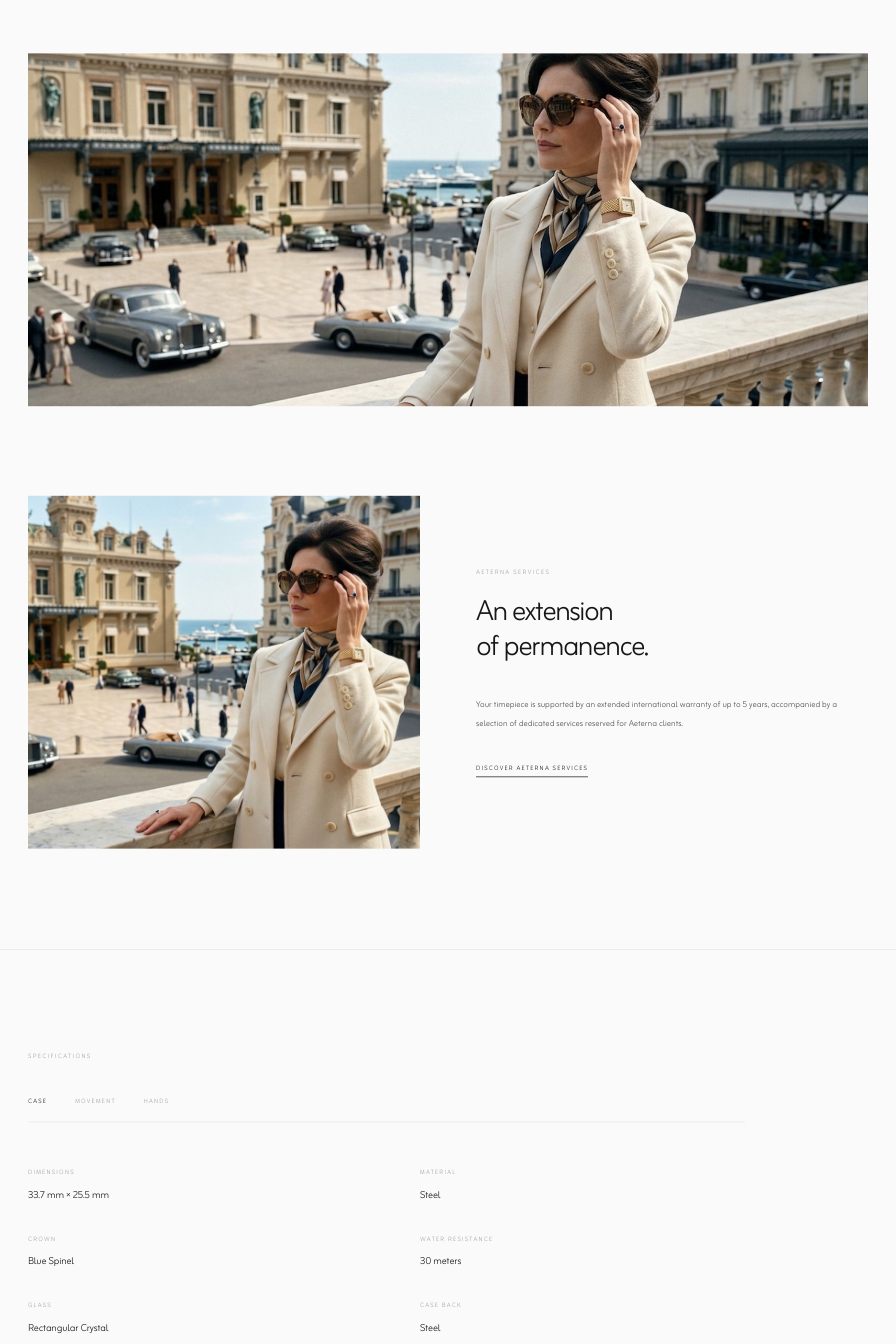
Repository: Lucienne-Studio/aeterna
Page: /pr
These files come from the project's save history. The page is drawn as it stood at one moment and after the next save; the edit follows.
The browser window is 1280 px wide. The pictures show the part of the page from y = 2255 to 4175 px (the page is 5309 px tall), at 70% of full size.
The project was rebuilt for these pictures with package versions that can differ from the ones it lists, and the page was loaded fresh each time. The framework's server and built-in components were replaced by stand-ins that run in the browser. Also part of the build but not shown: next.config.js, components/ui/Lightbox.tsx.

Above is the page before, as saved 2026-05-24 17:35:02.

After the next save:
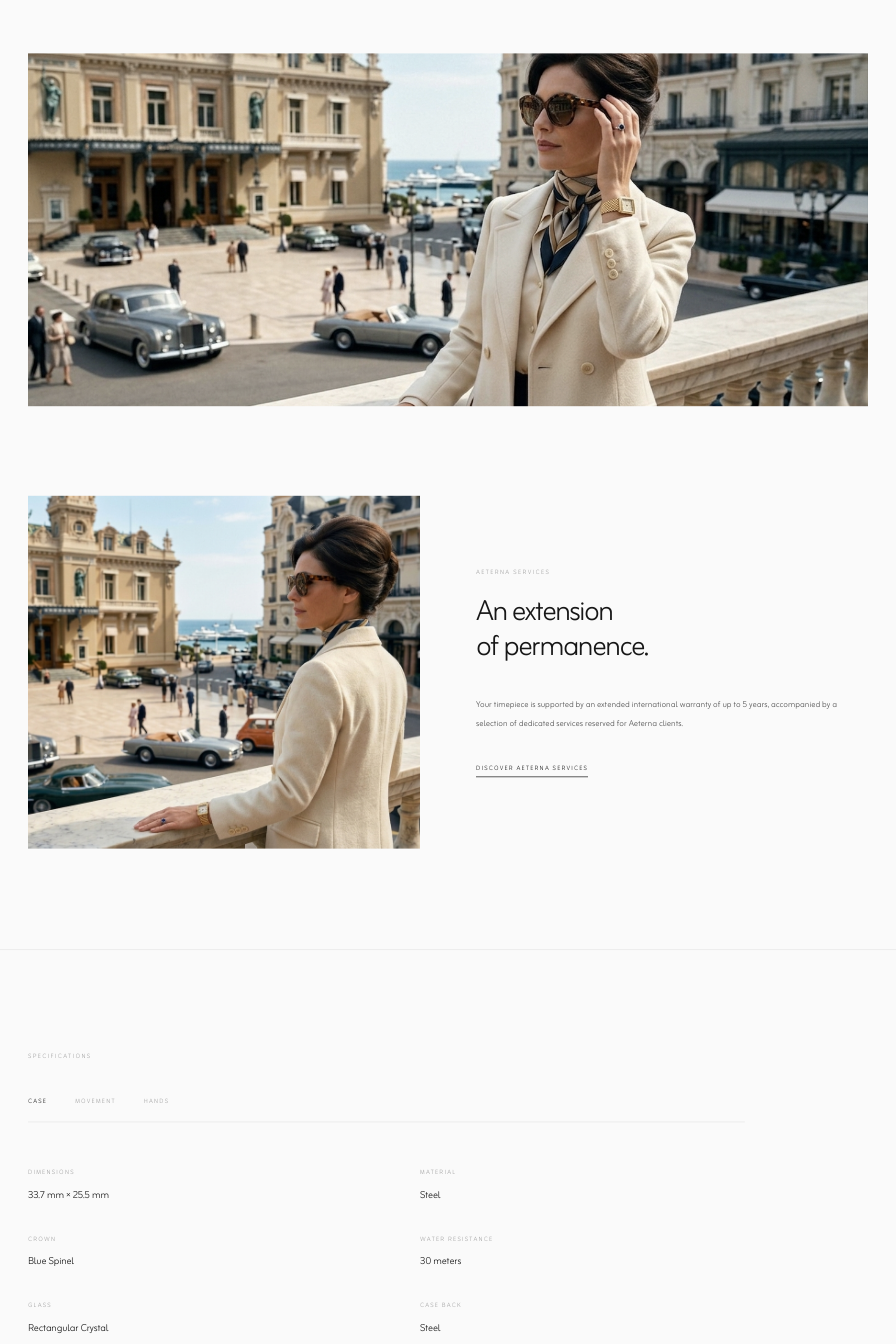
Saved 4 s later.
--- a/components/Tank.tsx
+++ b/components/Tank.tsx
@@ -668,7 +668,7 @@ const Tank = () => {
           "
         >
           <Image
-            src="/imgs/5.png"
+            src="/imgs/back.png"
             alt=""
             width={1000}
             height={1200}
